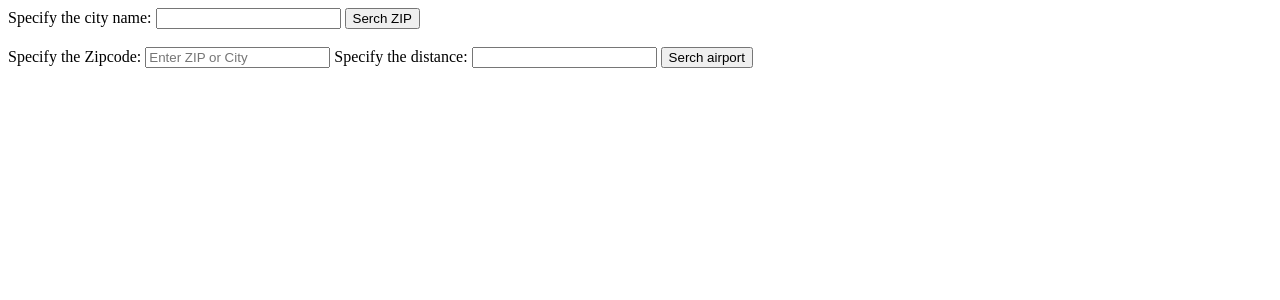
Repository: sjayach/CS320
Page: http://localhost/CS320/AirportDisplay
An editor plug-in stored every save of this project. The page is shown before and after the next save, followed by the edit.
The browser window is 1280 px wide. The pictures show the whole page.
The page is served by Tomcat 9. Other server files are loaded and not shown.

Above is the page before, as saved 2015-06-10 17:36:04.

### CS320/WebContent/WEB-INF/jsp/homework3/Airports.jsp
<%@ page language="java" contentType="text/html; charset=ISO-8859-1"
    pageEncoding="ISO-8859-1"%>
    <%@ taglib prefix="c" uri="http://java.sun.com/jsp/jstl/core" %>
<!DOCTYPE html PUBLIC "-//W3C//DTD HTML 4.01 Transitional//EN" "http://www.w3.org/TR/html4/loose.dtd">
<html>
<head>
<meta http-equiv="Content-Type" content="text/html; charset=ISO-8859-1">
<title>Insert title here</title>

</head>
<body>



	<form action="AirportDisplay" method=post>
	Specify the city name:
	<input type="text" name="city_name">
	<input type="submit" value="Serch ZIP" name="search_zip">
	</form>
	<br />
	<form action="AirportDisplay" method=post>
		Specify the Zipcode:
		<input type="text" name="searchQuery" placeholder="Enter ZIP or City">
		Specify the distance:
		<input type="text" name="distance">
		<input type="submit" value="Serch airport" name="search_airport">
	</form>
	<c:if test="${not empty DisplayZip}">
		<div class="container">
			<table class="table table-bordered table-striped">
				<tr>
					<th>City</th>
					<th>ZipCode </th>
				</tr>
				<c:forEach items="${DisplayZip}" var="place" varStatus="stat">
					<tr>
						<td>${place.city}</td>
						<td>${place.zip}</td>
					</tr>
					<c:set var="myVar" value="${stat.first ? '' : myVar} &markers=label:${plot.city}%7c${place.latitude},${ place.longitude}" />
				</c:forEach>
			</table>
		</div>
	</c:if>



	<c:if test="${not empty airports}">
		<div class="container">
			<table class="table table-bordered table-striped">
				<tr>
					<th>Airport</th>
					<th>Latitude</th>
					<th>Longitude</th>
				</tr>
				<c:forEach items="${ airports}" var="plot" varStatus="stat">
					<tr>
						<td>${plot.airport}</td>
						<td>${plot.latitude}</td>
						<td>${plot.longitude}</td>
						  <c:set var="myVar" value="${stat.first ? '' : myVar} &markers=${plot.latitude},${ plot.longitude}" />

					</tr>
				</c:forEach>
			</table>

		</div>
	</c:if>

	<c:if test="${not empty cityAirport}">
		<div class="container">
			<table class="table table-bordered table-striped">
				<tr>
					<th>Airport</th>
				</tr>
				<c:forEach items="${cityAirport}" var="airport" varStatus="stat">
					<tr>
						<c:if test="${not empty airport}">
						<td>${airport}</td>
						</c:if>
					</tr>
				</c:forEach>
			</table>

		</div>
	</c:if>
	<c:if test="${not empty myVar}">
		<img alt="Map" src="https://maps.googleapis.com/maps/api/staticmap?&zoom=9&size=600x300&maptype=roadmap${myVar}">
	</c:if>
</body>
</html>

### CS320/src/homework3/AirportDisplay.java
package homework3;

import java.io.IOException;
import java.sql.Connection;
import java.sql.Driver;
import java.sql.DriverManager;
import java.sql.ResultSet;
import java.sql.Statement;
import java.util.ArrayList;
import java.util.Arrays;
import java.util.HashSet;
import java.util.List;
import java.util.Set;

import javax.servlet.ServletException;
import javax.servlet.annotation.WebServlet;
import javax.servlet.http.HttpServlet;
import javax.servlet.http.HttpServletRequest;
import javax.servlet.http.HttpServletResponse;

/**
 * Servlet implementation class AirportDisplay
 */
@WebServlet("/AirportDisplay")
public class AirportDisplay extends HttpServlet {
	private static final long serialVersionUID = 1L;


	public double calculateDistance(double lat1, double lon1, double lat2, double lon2) {


		double R = 6372.8;



        double dLat = Math.toRadians(lat2 - lat1);
        double dLon = Math.toRadians(lon2 - lon1);
        lat1 = Math.toRadians(lat1);
        lat2 = Math.toRadians(lat2);

        double a = Math.sin(dLat / 2) * Math.sin(dLat / 2) + Math.sin(dLon / 2) * Math.sin(dLon / 2) * Math.cos(lat1) * Math.cos(lat2);
        double c = 2 * Math.asin(Math.sqrt(a));
        return R * c;

//		dlat = Math.toRadians(airportLatitude - zipLatitude);
//		dlon = Math.toRadians(airportLongitude - zipLongitude);
//        double a = (Math.sin(dlat / 2) * Math.sin(dlat / 2)) + Math.cos(Math.toRadians(zipLatitude)) * Math.cos(Math.toRadians(airportLatitude)) * (Math.sin(dlon / 2) * Math.sin(dlon / 2));
//        double angle = 2 * Math.atan2(Math.sqrt(a), Math.sqrt(1 - a));


//		dlat = airportLatitude - zipLatitude;
//		dlon = airportLongitude - zipLongitude;
//        double a = (Math.sin(dlat / 2) * Math.sin(dlat / 2)) + Math.cos(zipLatitude) * Math.cos((airportLatitude)) * (Math.sin(dlon / 2) * Math.sin(dlon / 2));
//        double angle = 2 * Math.atan2(Math.sqrt(a), Math.sqrt(1 - a));
//        //System.out.println("km " + angle * RADIUS);
        //return angle * RADIUS;
	}

	protected void doGet(HttpServletRequest request, HttpServletResponse response) throws ServletException, IOException {
		request
		.getRequestDispatcher("/WEB-INF/jsp/homework3/Airports.jsp")
		.forward(request, response);
	}


	protected void doPost(HttpServletRequest request, HttpServletResponse response) throws ServletException, IOException {
		String host = "cs3.calstatela.edu";
		String port = "3306";
		String dbName = "cs320stu47";
		String username = "cs320stu47";
		String password = "..7qX4#g";

		String url = "jdbc:mysql://" + host + ":" + port + "/" + dbName;

		try{
			// Dynamically include the MySQL Driver
			Class.forName("org.gjt.mm.mysql.Driver").newInstance();

			// Instantiate the Driver
			Driver driver = new org.gjt.mm.mysql.Driver();

			// Connect to the Database
			Connection connection =
					DriverManager.getConnection(url, username, password);

			// Create a Statement
			Statement statement = connection.createStatement();

			// Create the Query

			ArrayList<AirportBean> zip_op =
					new ArrayList<AirportBean>();
			// Query the Database and get a reference to a Result Set
			if (request.getParameter("search_zip") != null ||
					request.getParameter("searchQuery") != null) {

				boolean isCity = true;
				String city_name = null;
				if (request.getParameter("searchQuery") != null) {
					try {
						int zip = Integer.parseInt(request.getParameter("searchQuery"));
						isCity = false;
					} catch(NumberFormatException e) {
						city_name = request.getParameter("searchQuery");
						isCity=true;
					}
				} else
					city_name=request.getParameter("city_name");

				if (isCity) {

					String query = "SELECT * FROM zipcodes WHERE city LIKE '%" + city_name + "%'";
					ResultSet resultSet = statement.executeQuery(query);

					while ( resultSet.next() ){
						String zip = resultSet.getString("zip");
						String city = resultSet.getString("city");
						double lat = resultSet.getDouble("latitude");
						double lon = resultSet.getDouble("longitude");
						zip_op.add(new AirportBean(zip, city, lat, lon));
					}
					if(request.getParameter("searchQuery") == null)
						request.setAttribute("DisplayZip", zip_op);
				}
			}

//			if (request.getParameter("search_airport") != null) {
//				int zip = Integer.parseInt(request.getParameter("zip"));
//				double distance = Double.parseDouble(request.getParameter("distance"));
//				String query = "SELECT * FROM zipcodes WHERE zip=" + zip;
//				ResultSet resultSet = statement.executeQuery(query);
//				double latitude = 0;
//				double longitude = 0;
//				while(resultSet.next()) {
//					latitude = resultSet.getDouble("latitude");
//					longitude = resultSet.getDouble("longitude");
//				}
//
//				String airportQuery= "SELECT * FROM airports;";
//				ResultSet resultSet1 = statement.executeQuery(airportQuery);
//				double airLat;
//				double airLon;
//				ArrayList<AirportBean> display_airport =
//						new ArrayList<AirportBean>();
//				while(resultSet1.next()) {
//					airLat = resultSet1.getDouble("Latitude");
//					airLon = resultSet1.getDouble("Longitude");
//					String airport = resultSet1.getString("Airport");
//					double km = calculateDistance(latitude, longitude, airLat, airLon);
//					if (km <= distance){
//						System.out.println("Airport " + airport + " Latitude " + airLat + " Longitude " +airLon);
//						display_airport.add(new AirportBean(airport, airLat, airLon ));
//					}
//				}
//				request.setAttribute("airports", display_airport);
//
//
//			}
//
//			if (request.getParameter("city_airport") != null) {
//				int dist = Integer.parseInt(request.getParameter("dist"));
//				String airportQuery= "SELECT * FROM airports;";
//				double airLat;
//				double airLon;
//				ArrayList<AirportBean> display_airport =
//						new ArrayList<AirportBean>();
//				String [] airport_name = new String[2048];
//				int i = 0;
//
//				ResultSet resultSet1 = statement.executeQuery(airportQuery);
//				while(resultSet1.next()) {
//					airLat = resultSet1.getDouble("Latitude");
//					airLon = resultSet1.getDouble("Longitude");
//					String airport = resultSet1.getString("Airport");
//					display_airport.add(new AirportBean(airport, airLat, airLon ));
//				}
//
//				for(AirportBean zip : zip_op) {
//					for(AirportBean air : display_airport) {
//						double km = calculateDistance(zip.latitude, zip.longitude, air.latitude, air.longitude);
//						if (km <= dist) {
//
//									airport_name[i] = air.airport;
//									i++;
//
//						}
//					}
//				}
//
//
//				// Remove the duplicate entries of airport
//			    Set<String> stringSet = new HashSet<>(Arrays.asList(airport_name));
//			    String[] filteredArray = stringSet.toArray(new String[0]);
//				for(i=0; i <filteredArray.length; i++)
//					System.out.println( i +"Airport" +filteredArray[i]);
//				request.setAttribute("cityAirport", filteredArray);
//
//			}


			if (request.getParameter("search_airport") != null) {
				String city;
				int zipcode = 0;
				boolean isZip;
				double distance = Double.parseDouble(request.getParameter("distance"));
				String airportQuery= "SELECT * FROM airports;";
				try {
					zipcode = Integer.parseInt(request.getParameter("searchQuery"));
					isZip = true;
				}
				catch(NumberFormatException e) {
					isZip = false;
				}




				if (isZip) {
					String queryname = "SELECT * FROM zipcodes WHERE zip=" + zipcode;
					System.out.println("Query" +queryname);
					ResultSet resultSet = statement.executeQuery("SELECT * FROM zipcodes WHERE zip=91731");
					System.out.println("isZip " +isZip);
					double latitude = 0;
					double longitude = 0;

					while(resultSet.next()) {
						latitude = resultSet.getDouble("latitude");
						longitude = resultSet.getDouble("longitude");
					}

					ResultSet resultSet1 = statement.executeQuery(airportQuery);
					double airLat;
					double airLon;
					ArrayList<AirportBean> display_airport =
							new ArrayList<AirportBean>();
					while(resultSet1.next()) {
						airLat = resultSet1.getDouble("Latitude");
						airLon = resultSet1.getDouble("Longitude");
						String airport = resultSet1.getString("Airport");
						double km = calculateDistance(latitude, longitude, airLat, airLon);
						if (km <= distance){
							System.out.println("Airport " + airport + " Latitude " + airLat + " Longitude " +airLon);
							display_airport.add(new AirportBean(airport, airLat, airLon ));
						}
					}
					request.setAttribute("airports", display_airport);

				} else {
					double airLat;
					double airLon;
					ArrayList<AirportBean> display_airport =
							new ArrayList<AirportBean>();
					String [] airport_name = new String[2048];
					int i = 0;
					System.out.println("before "  + airportQuery);
					ResultSet resultSet1 = statement.executeQuery(airportQuery);
					System.out.println("Executed");
					while(resultSet1.next()) {
						airLat = resultSet1.getDouble("Latitude");
						airLon = resultSet1.getDouble("Longitude");
						String airport = resultSet1.getString("Airport");
						System.out.println("airport is " +airport +airLat+airLon);
						display_airport.add(new AirportBean(airport, airLat, airLon ));
					}

					for(AirportBean zip : zip_op) {
						for(AirportBean air : display_airport) {
							double km = calculateDistance(zip.latitude, zip.longitude, air.latitude, air.longitude);
							if (km <= distance) {

										airport_name[i] = air.airport;
										i++;

							}
						}
					}
					// Remove the duplicate entries of airport
				    Set<String> stringSet = new HashSet<>(Arrays.asList(airport_name));
				    String[] filteredArray = stringSet.toArray(new String[0]);
					for(i=0; i <filteredArray.length; i++)
						System.out.println( i +"Airport" +filteredArray[i]);
					request.setAttribute("cityAirport", filteredArray);

				}
			}
			connection.close();

		}catch(Exception e){};

		doGet(request,response);
	}

}

After the next save:
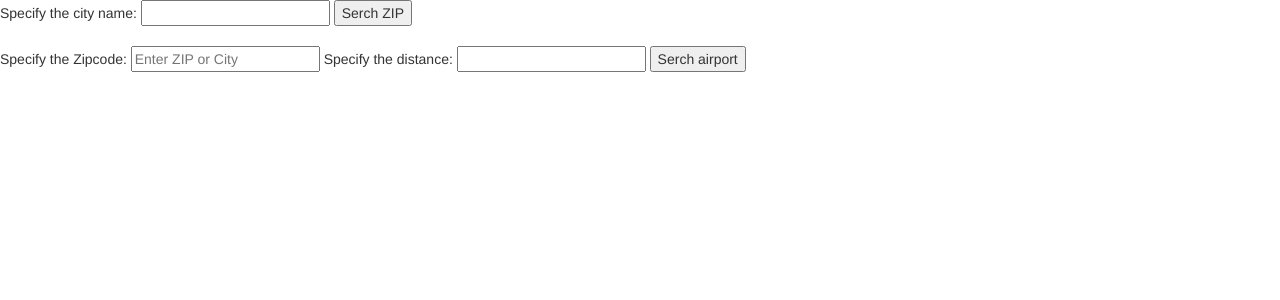
Saved 31 s later.
--- a/CS320/WebContent/WEB-INF/jsp/homework3/Airports.jsp
+++ b/CS320/WebContent/WEB-INF/jsp/homework3/Airports.jsp
@@ -5,6 +5,8 @@
 <html>
 <head>
 <meta http-equiv="Content-Type" content="text/html; charset=ISO-8859-1">
+<link rel="stylesheet" href="https://maxcdn.bootstrapcdn.com/bootstrap/3.3.4/css/bootstrap.min.css">
+
 <title>Insert title here</title>
 
 </head>
